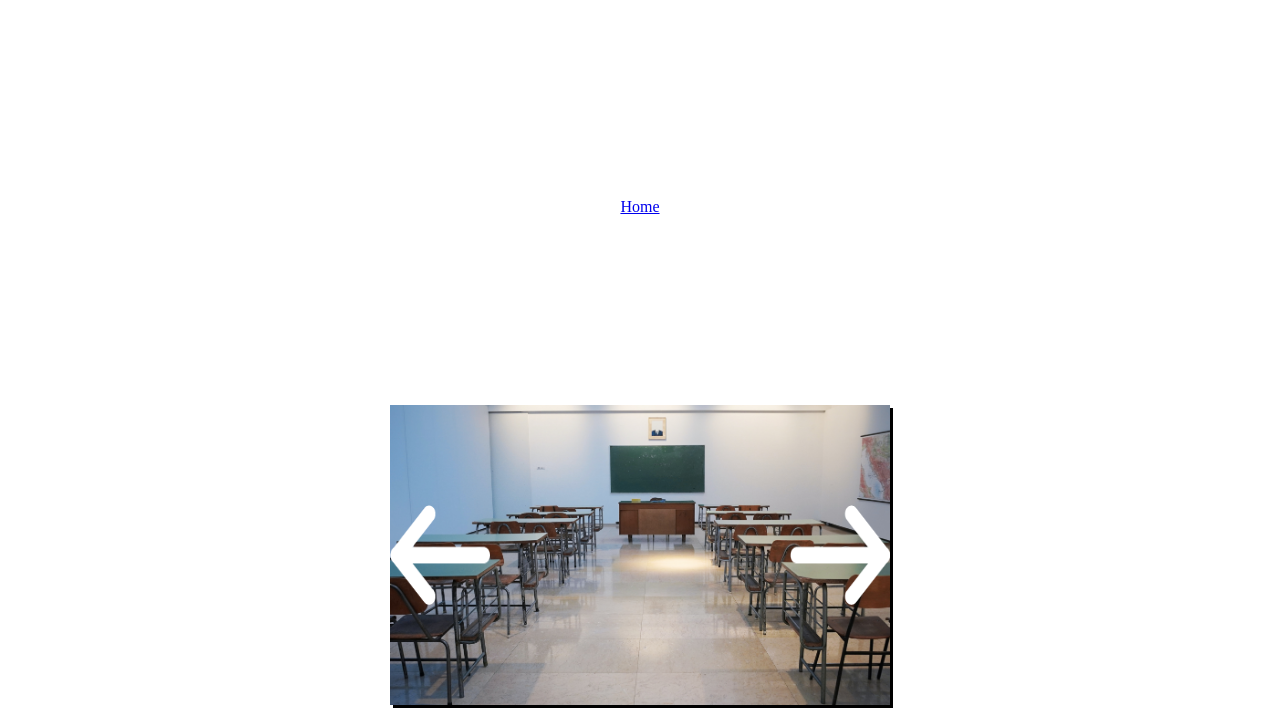
Repository: sierralaurent/Class08-UseEffect
Page: /carouselPage
An editor plug-in stored every save of this project. The page is shown before and after the next save, followed by the edit.
The browser window is 1280 px wide. The pictures show the whole page.
The project was rebuilt for these pictures with package versions that can differ from the ones it lists, and the page was loaded fresh each time. The framework's server and built-in components were replaced by stand-ins that run in the browser. Also part of the build but not shown: next.config.js.

Above is the page before, as saved 2023-02-20 17:11:24.

### pages/carouselPage.js
import Carousel from "@/components/carousel"
import Link from "next/link"
import styles from '@/styles/CarouselPage.module.css'

export default function CarouselPage() {
    return(
        <>
        <div className={styles.body}>
        <Link href="/" className={styles.title}>Home</Link>
        <Carousel/>
        </div>
        </>
    )
}

### styles/globals.css
:root {
  {
    ;;
    /**Add some root colors to use on all the othe pages**/
  }
}

### components/carousel/index.js
import Image from "next/image"
import { useEffect, useState } from "react"
import styles from '@/components/carousel/carousel.module.css'

export default function Carousel() {
const [img, setImg] = useState(0);

const changeImage = (change) => {
    if(change == "backward") {
        setImg(img - 1);

        if(img == 0) {
            setImg(5);
        }
        console.log(img);
    } else if(change == "forward") {
        setImg(img + 1);
        if(img == 5) {
            setImg(0)
        }
        console.log(img);
    }

}

    return(
        <>
        <div className={styles.carousel}>
        <div className={styles.photo} style={{
            backgroundImage:"url(/carousel-images/" + img + ".jpg",
            backgroundSize: 'cover',
            backgroundRepeat: "no-repeat",
            width: 500,
            height: 300
        }}>
            <Image className={styles.arrow1}
            src={"/icons/leftArrow.png"}
            alt={"/icons/leftArrow.png"}
            width={100}
            height={100}
            onClick={() => changeImage("backward")}
            />
            <Image className={styles.arrow2}
            src={"/icons/rightArrow.png"}
            alt={"/icons/rightArrow.png"}
            width={100}
            height={100}
            onClick={() => changeImage("forward")}
            />

        </div>
        </div>

        </>
    )
}

### styles/CarouselPage.module.css
/** flex or grid on stylzijg the pages**/

.title {
    display: flex;
    justify-content: center;
    align-items: center;
    padding: 15%
}

### components/carousel/carousel.module.css
/** flex or grid on stylzijg the pages**/

.carousel {
    display: flex;
    justify-content: center;
    align-items: center;
}

.arrow1 {
    float: left;
    padding-top: 20%;
}

.arrow2 {
    float: right;
    padding-top: 20%;
}
.photo {
    box-shadow: 3px 3px;

}

Loaded but not shown: pages/_app.js (common file); pages/_document.js (common file)

After the next save:
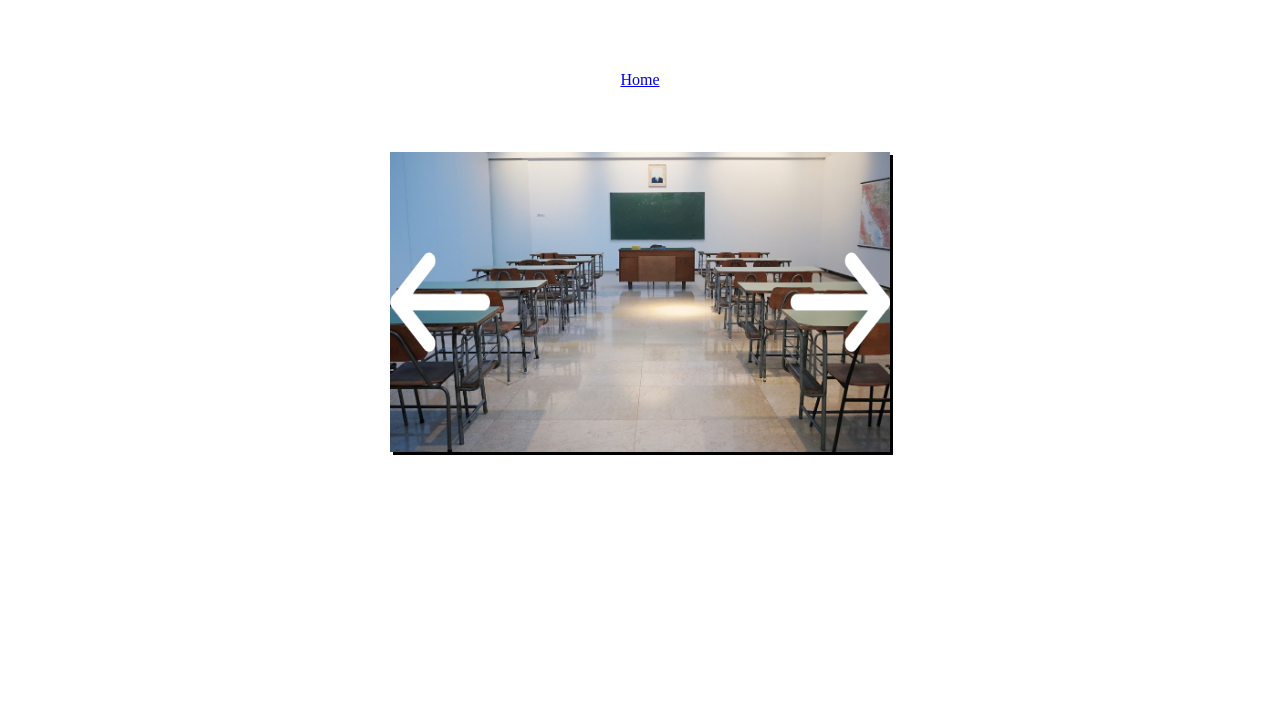
Saved 11 s later.
--- a/styles/CarouselPage.module.css
+++ b/styles/CarouselPage.module.css
@@ -4,5 +4,5 @@
     display: flex;
     justify-content: center;
     align-items: center;
-    padding: 15%
+    padding: 5%
 }
